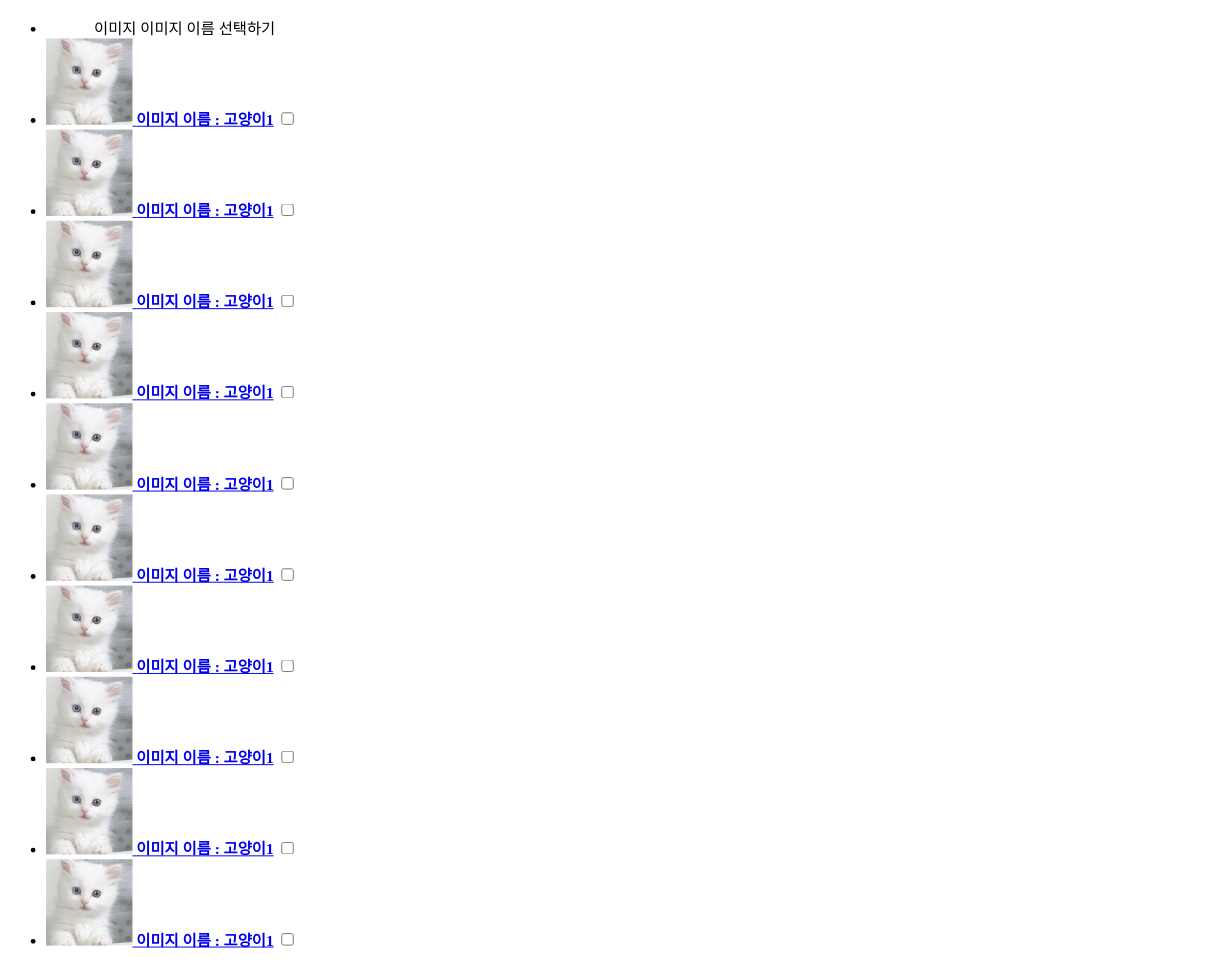
Repository: yw-son/yw-son
Page: http://localhost/pro12/ImageList.jsp
The author's editor kept a copy of each file at every save. The page is drawn from the files as they stood at one save, then again after the next save.
The browser window is 1280 px wide. The pictures show the whole page, at 96% of full size.
The page is served by Tomcat 9. Other server files are loaded and not shown.

Above is the page before, as saved 2023-06-13 02:27:47.

### pro12/src/main/webapp/ImageList.jsp
<%@ page language="java" contentType="text/html; charset=EUC-KR"
    pageEncoding="EUC-KR"%>
<!DOCTYPE html>
<html>
<head>
<meta charset="EUC-KR">
<title>이미지 리스트 출력</title>
</head>
<body>
	<ul class="List_type">
	<li>
		<span style="margin-left: 50px">이미지</span>
		<span>이미지 이름</span>
		<span>선택하기</span>
		</li>
		<%
			for(int i=0; i<10; i++) {
		%>
		<li>
		<a href="# style="margin-left:50px">
			<img src="image/cat.jpg" width="90" height="90">
		</a>
		<a href="#"><strong>이미지 이름 : 고양이<%=1 %></strong></a>
		<a href="#"><input name="chk<%=1 %>" type="checkbox" /></a>
		</li>

		<%
			}
		%>
	</ul>
</body>
</html>

After the next save:
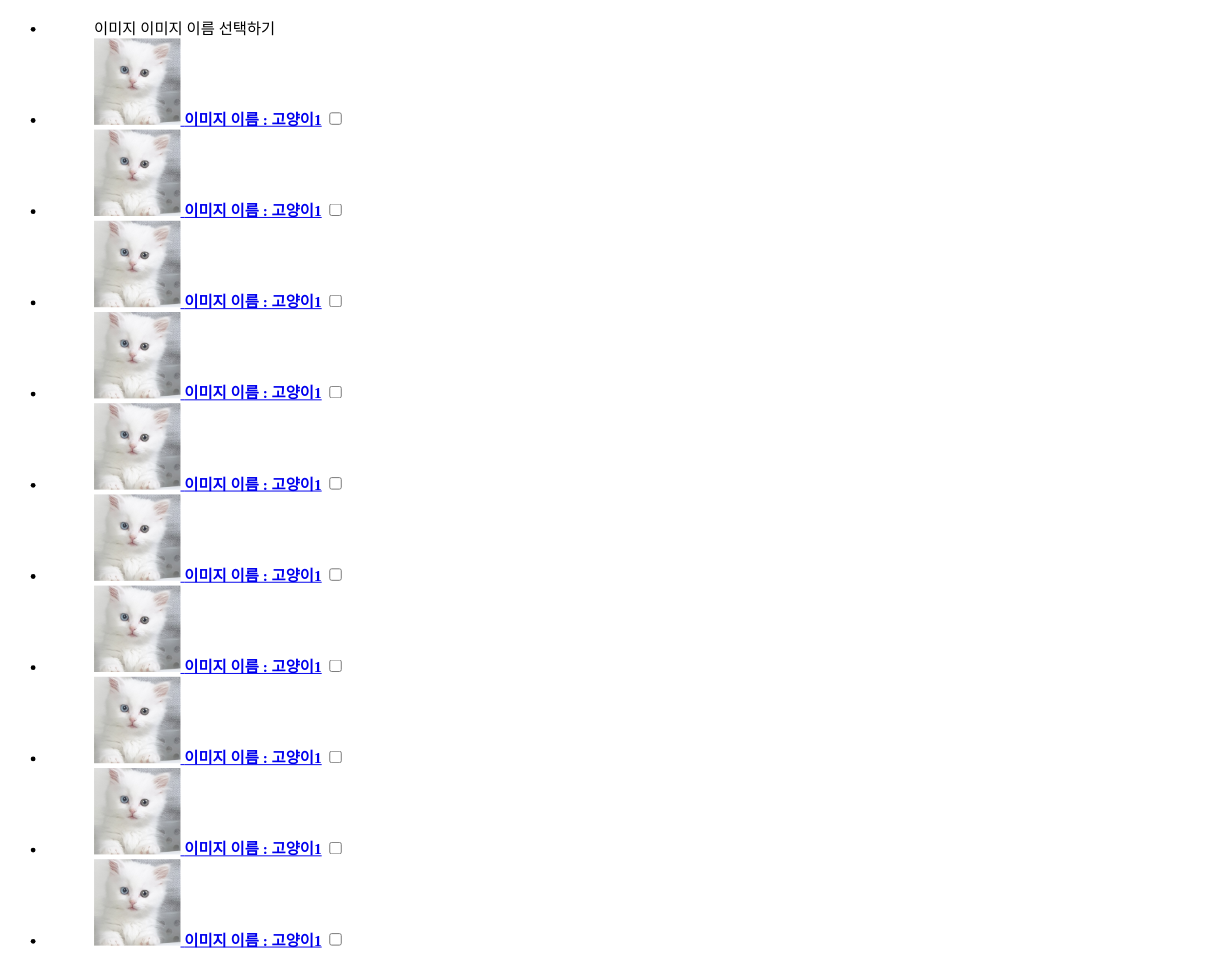
Saved 28 s later.
--- a/pro12/src/main/webapp/ImageList.jsp
+++ b/pro12/src/main/webapp/ImageList.jsp
@@ -17,9 +17,9 @@
 			for(int i=0; i<10; i++) {
 		%>
 		<li>
-		<a href="# style="margin-left:50px">
-			<img src="image/cat.jpg" width="90" height="90">
-		</a>
+		<a href="#" style="margin-left: 50px;">
+    <img src="image/cat.jpg" width="90" height="90">
+</a>
 		<a href="#"><strong>이미지 이름 : 고양이<%=1 %></strong></a>
 		<a href="#"><input name="chk<%=1 %>" type="checkbox" /></a>
 		</li>
